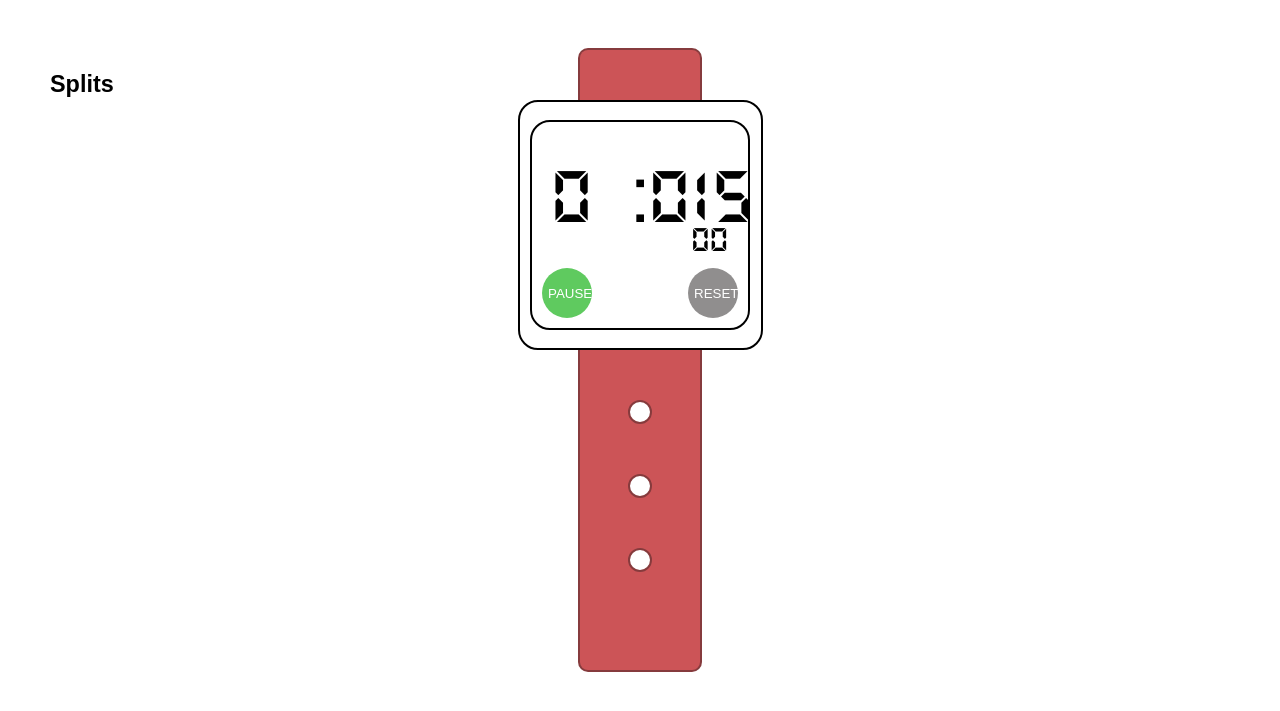
Repository: konstantin0s/lab-chronometer
Page: index.html
An editor plug-in stored every save of this project. The page is shown before and after the next save, followed by the edit.
The browser window is 1280 px wide. The pictures show the whole page.
After loading, the first visible `#btnLeft` was clicked once.

Above is the page before, as saved 2019-02-05 12:44:06.

### index.html
<!DOCTYPE html>
<html lang="en">
<head>
  <meta charset="UTF-8">
  <meta name="viewport" content="width=device-width, initial-scale=1.0">
  <meta http-equiv="X-UA-Compatible" content="ie=edge">
  <title>Chronometer</title>
  <link rel="stylesheet" href="stylesheets/styles.css">
</head>
<body>

  <section id="splits-container">
    <h3>Splits</h3>
    <ol id="splits">
    </ol>
  </section>

  <div class="leash leash-top"></div>

  <section id="clock">
    <div id="sphere">
      <span id="minDec" class="number">0</span><span id="minUni" class="number"></span><span>:</span><span id="secDec" class="number">0</span><span id="secUni" class="number"></span>

      <div id="milliseconds">
        <span id="milDec">0</span><span id="milUni">0</span>
      </div>

      <button id="btnLeft" class="btn start">START</button> <button id="btnRight" class="btn reset">RESET</button>
    </div>
  </section>

  <div class="leash leash-bottom">
    <div class="hole"></div>
    <div class="hole"></div>
    <div class="hole"></div>
  </div>


  <!-- <script src="javascripts/utils.js"></script>
  <script src="javascripts/chronometer.js"></script>
  <script src="javascripts/main.js"></script> -->
  <script src="javascript/chronometer.js"></script>
  <script src="javascript/main.js"></script>
</body>
</html>

### stylesheets/styles.css
@font-face {
  font-family: "Digi";
  src: url("fonts/ds-digib.ttf");
}

body {
  font-family: Arial;
  font-size: 80px;
  font-weight: bold;
  padding: 40px 0;
}

#clock {
  border: 2px solid #000;
  border-radius: 20px;
  box-sizing: border-box;
  height: 250px;
  margin: 0 auto;
  padding: 18px 0;
  width: 245px;
}

#sphere {
  border: 2px solid #000;
  border-radius: 20px;
  box-sizing: border-box;
  font-family: "Digi";
  font-size: 80px;
  height: 210px;
  margin: 0 auto;
  padding: 35px 0;
  position: relative;
  text-align: center;
  width: 220px;
}

#splits-container {
  font-size: 20px;
  font-weight: 100;
  position: absolute;
  left: 50px;
}

#splits-container li {
  padding-bottom: 5px;
  text-align: right;
}

#milliseconds {
  font-size: 36px;
  margin-top: -15px;
  position: absolute;
  right: 20px;
}

.leash {
  background: rgb(204, 84, 87);
  border: 2px solid rgb(134, 59, 61);
  height: 50px;
  margin: 0 auto;
  width: 120px;
}

.leash-top {
  border-bottom: 0;
  border-top-left-radius: 10px;
  border-top-right-radius: 10px;
}

.leash-bottom {
  border-bottom-left-radius: 10px;
  border-bottom-right-radius: 10px;
  border-top: 0;
  height: 270px;
  padding-top: 50px;
}

.hole {
  background: #fff;
  border: 2px solid rgb(134, 59, 61);
  border-radius: 100%;
  height: 20px;
  margin: 0 auto 50px;
  width: 20px;
}

.number {
  display: inline-block;
  width: 40px;
}

.btn {
  border: 0;
  border-radius: 100%;
  bottom: 10px;
  color: #fff;
  cursor: pointer;
  height: 50px;
  outline: 0;
  position: absolute;
  width: 50px;
}

.btn.start,
.btn.stop {
  left: 10px;
}

.btn.reset,
.btn.split {
  right: 10px;
}

.btn.start { background: #5fca5f; }
.btn.stop  { background: #f14949; }
.btn.reset { background: #908e8e; }
.btn.split { background: #0851ab; }

### javascript/chronometer.js

// var time = 0;
// var running = 0;

// function startPause() {
//   if (running == 0) {
//     running = 1;
//     increment();
//     document.getElementById("startPause").innerHTML = "Pause";
//   } else {
//     running = 0;
//     document.getElementById("startPause").innerHTML = "Resume";
//   }
// }

// function reset() {
//   running = 0;
//   time = 0;
//   document.getElementById("startPause").innerHTML = "Start";
// }

// function increment() {
//   if (running == 1) {
//    setTimeout(function() {
//     time++;
//     var seconds = Math.floor(time/10/60);
//     var minutes = Math.floor(time/10/60);
//      var tenth = time % 10;
//      if (minutes < 10); {
//        minutes = "0" + minutes;
//      }  if (seconds < 10);
//     seconds = "0" + seconds;
//     increment();
//   document.getElementById("output").innerHTML = minutes + ":" + seconds + ":" + "0" + tenth;

//    }, 100);
//   }
//   }

// function startPause() {
//   if (running == 0) {
//     running = 1;
//     increment();
//     document.getElementById("startPause").innerHTML = "Pause";
//   } else {
//     running = 0;
//     document.getElementById("startPause").innerHTML = "Resume";
//   }
// }


// function timer() {
//   currentTime = setTimeout(start, 1000);
// }
// timer();

// function start() {
//   seconds++;
//   if (seconds >= 60) {
//     seconds = 0;
//     minutes++;
//     if (minutes >= 20) {
//         minutes = 0;
//     }
//   }
// }


// // Constructor
// function Chronometer() {

// this.currentTime = 0;
// this.intervalId = 0;

// }

// // The setInterval will be assigned to our intervalId property,
// //  this way we will be able to clear it later on.

// Chronometer.prototype.startClick = function () {
//     this.startClick = function() {
//     // var seconds = 0;
//     intervalId = setInterval(function(){
//     currentTime++; }, 1000);

//      }

    //  var myChronometer = {
    //    seconds: 0,
    //    minuts: 0,
    //    intervalId: 0,
    //    startClick: function() {
    //          this.intervalId = setInterval(function() {
    //            this.seconds++;
    //          }.bind(this),1000);
    //    },
    //    setMinutes: function() {
    //      this.seconds++
    //    },

    //  }

    // console.log(seconds);
// };

// Chronometer.prototype.setMinutes = function () {

// };

// Chronometer.prototype.setSeconds = function () {

// };

// Chronometer.prototype.twoDigitsNumber = function () {

// };

// Chronometer.prototype.setTime = function () {

// };

// Chronometer.prototype.setMilliseconds = function () {

// };

// Chronometer.prototype.stopClick = function () {

// };

// Chronometer.prototype.resetClick = function () {

// };

// Chronometer.prototype.splitClick = function () {

// };

### javascript/main.js
// var chronometer = new Chronometer();
var btnLeft     = document.getElementById('btnLeft');
var btnRight    = document.getElementById('btnRight');
var minDec      = document.getElementById('minDec');
var minUni      = document.getElementById('minUni');
var secDec      = document.getElementById('secDec');
var secUni      = document.getElementById('secUni');
var milDec      = document.getElementById('milDec');
var milUni      = document.getElementById('milUni');

var secUnit     = document.getElementById('secUni').innerHTML;

console.log(secUnit);

// if (secUnit == 0) {
//   secUnit.innerHTML =
// }

var currentTime = 0;
var intervalId = 0;  //0stop; 1 running.
var seconds= 0;
var minutes = 0;
// var minutes = Math.floor((minutes % (1000 * 60 * 60)) / (1000 * 60));
// var seconds = Math.floor((seconds % (1000 * 60)) / 1000);

// function start() {
//   status = 1;
//   timer();
// }

// function stop() {
//   currentTime++

//   if (currentTime / 60 == 1) {
//     // setInterval(function() {

//     // })
//      currentTime = 0;
//      milUni.innerHTML = currentTime++;
//      if (milDec / 60 == 1) {
//       currentTime = 0;
//       milDec.innerHTML = currentTime++;
//      }
//      if (secUni / 60 == 1) {
//       currentTime = 0;
//       secUni.innerHTML = currentTime++;
//      } if (secDec / 60 == 1) {
//       currentTime = 0;
//       secDec.innerHTML = currentTime++;
//      } if (minUni / 60 == 1) {
//       currentTime = 0;
//       minUni.innerHTML = currentTime++;
//      } if (minDec / 60 == 1) {
//       currentTime = 0;
//       minDec.innerHTML = currentTime++;
//      }
//   }
//   //
// }

// window.setInterval(stop, 1000);

// function reset() {
// status = 0;
// intervalId = 0;
// }

// function timer() {
//   if (status == 1) {
//     var intervalId = setInterval(function() {
//       currentTime++;
//       minDec =  Math.floor(intervalId/100/60);
//       secDec =  Math.floor(intervalId/100);
//       milDec = intervalId % 100;

//        if (minDec < 10) {
//         minDec = "0" + minDec;
//        }
//        if (secDec >= 60) {
//         secDec = secDec % 60;
//        }
//        if(secDec < 10) {
//         secDec = "0" + secDec;
//        }

//        minDec.innerHTML = minDec;
//        secDec.innerHTML = secDec;
//        milDec.innerHTML = milDec;

//     }, 10)
//   }
// }

// function stopwatch() {

// }
// Add event listeners to both buttons
// start.addEventListener("click", function(command) {
//   if (command === "START") {
//     btnLeft.innerHTML = "PAUSE";
//   } else {
//     btnLeft.innerHTML = "START";
//   }
// }



// });

// stop.addEventListener("click", function() {

// });

// var start =  document.getElementById('btnLeft').value;
// console.log(start);

function twoDigits(number) {
  if (number < 10) {
    return "0" + number;
  }
  return number;
}

var intervalRef = null;

 btnLeft.addEventListener("click", function(event) {
   event.preventDefault();
      if (intervalId == 0) { //start if pause
         intervalRef = setInterval(function() {
         intervalId = 1;
         seconds++;
        //  if ()
         secDec.innerHTML = "0" + twoDigits(seconds);
         btnLeft.innerHTML = "PAUSE";
      if (seconds === 60) {
         seconds = 0;
         minutes++;
         minDec.innerText = twoDigits(minutes);
      console.log("This is: " + intervalRef);

        secDec.innerText = "0" + seconds;

     if (minDec === 60) {
         minutes = 0;
         }
      }

    }, 100);
  }  else { //pause if started
       clearInterval(intervalRef);  //pause chronometer
       btnLeft.innerHTML = "START";
       intervalId = 0; // continue chronometer from it's pause point.
  }
});

btnRight.addEventListener("click", function() {
  reset();
});

function reset() {
    clearInterval(intervalRef);
    intervalId = 0;
    seconds = 0;
    minutes = 0;
    console.log("This is from reset: " + intervalRef);
    btnLeft.innerHTML = "START";
    secDec.innerText = seconds;
    minDec.innerText = minutes;
}





// function printTime() {

// }

// function printMinutes() {

// }

// function printSeconds() {

// }

// function printMilliseconds() {

// }

// function printSplit() {

// }

// function clearSplits() {

// }

// function setStopBtn() {

// }

// function setSplitBtn() {

// }

// function setStartBtn() {

// }

// function setResetBtn() {

// }

// // Start/Stop Button
// btnLeft.addEventListener('click', function () {

// });

// // Reset/Split Button
// btnRight.addEventListener('click', function () {

// });

After the next save:
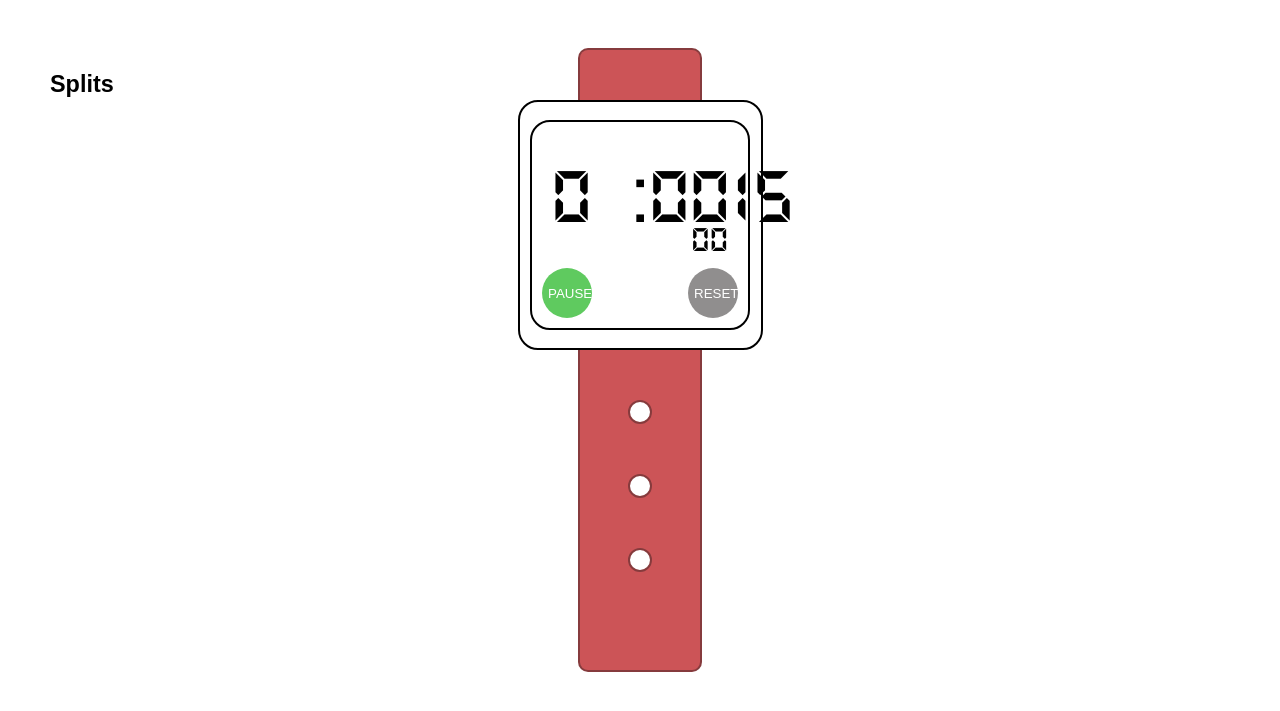
Saved 24 s later.
--- a/javascript/main.js
+++ b/javascript/main.js
@@ -130,7 +130,7 @@ var intervalRef = null;
          intervalId = 1;
          seconds++;
         //  if ()
-         secDec.innerHTML = "0" + twoDigits(seconds);
+         secDec.innerHTML = "00" + twoDigits(seconds);
          btnLeft.innerHTML = "PAUSE";
       if (seconds === 60) {
          seconds = 0;
